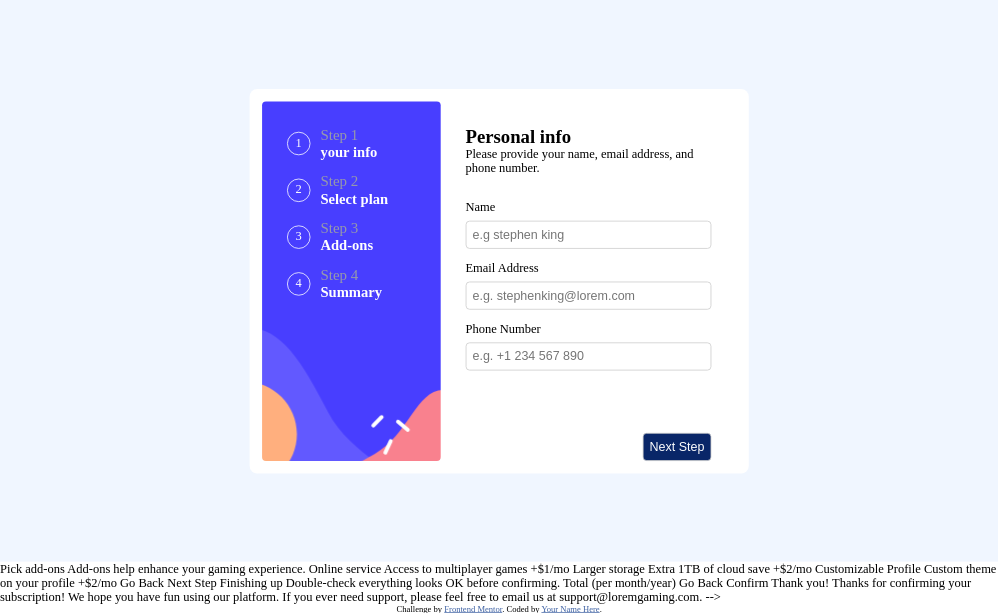
Repository: reemoon-ctrl/reemoon-ctrl.github.io
Page: index.html
An editor plug-in stored every save of this project. The page is shown before and after a run of saves, followed by the edit.
The browser window is 1280 px wide. The pictures show the whole page, at 78% of full size.

Above is the page before, as saved 2025-04-29 10:32:53.

### index.html
<!DOCTYPE html>
<html lang="en">

<head>
  <meta charset="UTF-8">
  <meta name="viewport" content="width=device-width, initial-scale=1.0">
  <!-- displays site properly based on user's device -->

  <link rel="icon" type="image/png" sizes="32x32" href="./assets/images/favicon-32x32.png">
  <link rel="stylesheet" href="./style.css">
  <title>Frontend Mentor | Multi-step form</title>

  <!-- Feel free to remove these styles or customise in your own stylesheet 👍 -->
  <style>
    .attribution {
      font-size: 11px;
      text-align: center;
    }

    .attribution a {
      color: hsl(219, 45%, 44%);
    }
  </style>
</head>

<body>
  <div class="containerCenter">
    <div class="container">
      <div class="sidebar">
        <ul class="sidebarList">
          <li class="sidebar_ele">
            <div>1</div>
            <div>
              <p>Step 1</p>
              <h3>your info</h3>
            </div>
          </li>
          <li class="sidebar_ele">
            <div>2</div>
            <div>
              <p> Step 2</p>
              <h3>Select plan</h3>
            </div>

          </li>
          <li class="sidebar_ele">
            <div>3</div>
            <div>
              <p>Step 3</p>
              <h3>Add-ons</h3>
            </div>
          </li>
          <li class="sidebar_ele">
            <div>4</div>
            <div>
              <p>Step 4</p>
              <h3>Summary</h3>
            </div>

          </li>
        </ul>
      </div>
      <div class="main">
        <div class="formHeader">
          <h2>Personal info</h2>
          <p>Please provide your name, email address, and phone number.
          </p>
        </div>
        <form class="formContainer">
          <div class="formLabelInput">
            <label for="name">Name</label>
            <input type="text" id="name" name="name" placeholder="e.g stephen king">
          </div>
          <div class="formLabelInput">
            <label for="email">Email Address</label>
            <input type="email" id="email" name="email" placeholder="e.g. stephenking@lorem.com">
          </div>
          <div class="formLabelInput">
            <label for="phone">Phone Number</label>
            <input type="tel" name="phone number" placeholder="e.g. +1 234 567 890">
          </div>
          <div id="nextStep">
            <!-- <label for="username">Username:</label> -->
            <button type="button" id="nextStepbtn" name="next step">Next Step</button>
          </div>
        </form>

        <!-- Step 1 end -->
      </div>

    </div>
  </div>


  <!-- Step 2 start -->
  <!--
  Select your plan
  You have the option of monthly or yearly billing.

  Arcade
  $9/mo

  Advanced
  $12/mo

  Pro
  $15/mo

  Monthly
  Yearly

  Go Back
  Next Step

  <!-- Step 2 end -->

  <!-- Step 3 start -->

  Pick add-ons
  Add-ons help enhance your gaming experience.

  Online service
  Access to multiplayer games
  +$1/mo

  Larger storage
  Extra 1TB of cloud save
  +$2/mo

  Customizable Profile
  Custom theme on your profile
  +$2/mo

  Go Back
  Next Step

  <!-- Step 3 end -->

  <!-- Step 4 start -->

  Finishing up
  Double-check everything looks OK before confirming.

  <!-- Dynamically add subscription and add-on selections here -->

  Total (per month/year)

  Go Back
  Confirm

  <!-- Step 4 end -->

  <!-- Step 5 start -->

  Thank you!

  Thanks for confirming your subscription! We hope you have fun
  using our platform. If you ever need support, please feel free
  to email us at support@loremgaming.com. -->

  <!-- Step 5 end -->

  <div class="attribution">
    Challenge by <a href="https://www.frontendmentor.io?ref=challenge" target="_blank">Frontend Mentor</a>.
    Coded by <a href="#">Your Name Here</a>.
  </div>
</body>

</html>

### style.css
*{
    padding: 0;
    margin: 0;
    box-sizing:border-box;
}
.container{
    background: #ffffff;
    display: grid;
    grid-template-columns: 1fr 3fr;
    padding: 1rem;
    width:50%;
    height:fit-content;
    align-items: center;
    justify-content: center;
    align-content: center;;
    justify-items:center ;
    z-index: 100;
    /* margin-top: 25%; */
    border-radius: 10px;

}
.containerCenter{
    height:100vh;
    display: flex;
    justify-content: center;
    align-items: center;
    align-content: center;
    background-color: #f0f6ff;
}
.main{
    padding: 2rem 2rem 0 2rem;
    display: grid;
}
.sidebar{
    border-radius: 5px;
    height:100% ;
    padding: 2rem;
    padding-right: 4.2rem;
    background:no-repeat url(./assets/images/bg-sidebar-desktop.svg) center ;
}
.sidebarList{
    list-style: none;
    display: flex;
    flex-direction: column;
    gap: 1rem;
    justify-content: space-between;
    /* height: 100%; */
}
.sidebar_ele{
    display: flex;
    /* align-content:stretch; */
    gap: .8rem;
    align-items: center;
    width:max-content;

    /* padding: 2rem; */
}
.sidebar_ele>div:first-child{
    width: 30px;
    height:30px;
    /* background-color: #adbeff; */
    border: 1px solid #ffffff;
    border-radius: 50%;
    text-align: center;
    padding: .3rem .5rem .3rem .5rem ;
    color:#fff;
}
.noactivestata{
    background-color: #bff2f6;
    color: #333;
}
.sidebar_ele>div:last-child>p{
    font-size: 1.2rem;
    color: #9699ab;
}
.sidebar_ele>div:last-child>h3{
     color:#fff;
}
.formContainer{
    display: grid;
    grid-template-columns:1fr ;
    gap:1rem ;
}
.formHeader{
    padding-bottom: 2rem;
}
.formLabelInput{
    display: flex;
    flex-direction: column;
    gap:.5rem;
}
#nextStep{
    display: flex;
    justify-content:flex-end;
    align-items: center;
    /* background-color: #bff2f6; */
    padding-top: 4rem;
}
#nextStepbtn{
    padding: .5rem;
    border-radius: 5px;
    border: 1px solid #ccc;
    background-color: #092668;
    color: #fff;
    font-size: 1rem;
    /* color: #333; */
    cursor: pointer;
}
.formLabelInput>input{
    padding: .5rem;
    border-radius: 5px;
    border: 1px solid #ccc;
    background-color: #fff;
    font-size: 1rem;
    color: #333;
}

After the next 3 saves:
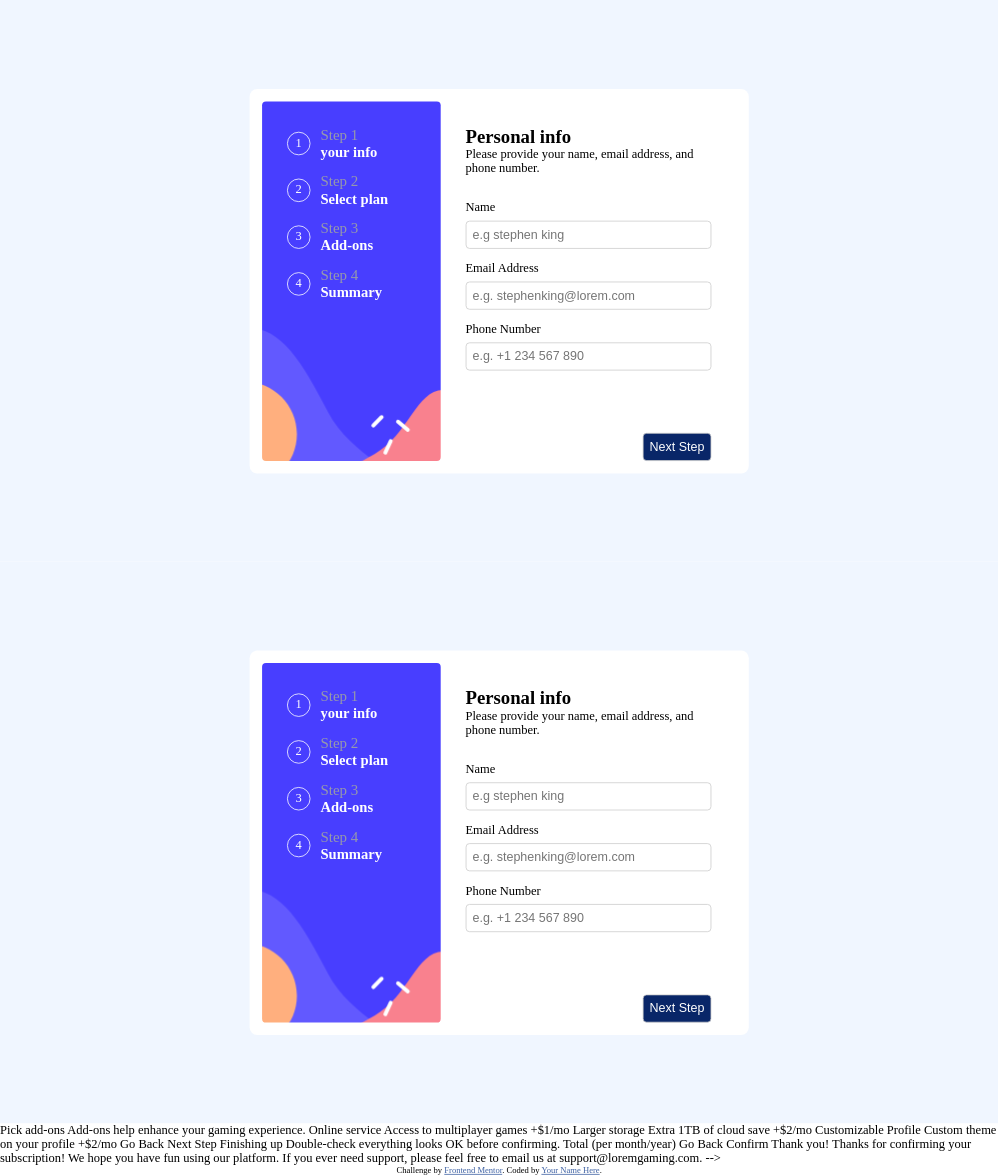
The 3 saves are shown as one change because they came seconds apart.
The last was saved 8 s later.
--- a/index.html
+++ b/index.html
@@ -93,6 +93,77 @@
 
 
   <!-- Step 2 start -->
+
+  <div class="containerCenter">
+    <div class="container">
+      <div class="sidebar">
+        <ul class="sidebarList">
+          <li class="sidebar_ele">
+            <div>1</div>
+            <div>
+              <p>Step 1</p>
+              <h3>your info</h3>
+            </div>
+          </li>
+          <li class="sidebar_ele">
+            <div>2</div>
+            <div>
+              <p> Step 2</p>
+              <h3>Select plan</h3>
+            </div>
+
+          </li>
+          <li class="sidebar_ele">
+            <div>3</div>
+            <div>
+              <p>Step 3</p>
+              <h3>Add-ons</h3>
+            </div>
+          </li>
+          <li class="sidebar_ele">
+            <div>4</div>
+            <div>
+              <p>Step 4</p>
+              <h3>Summary</h3>
+            </div>
+
+          </li>
+        </ul>
+      </div>
+      <div class="main">
+        <div class="formHeader">
+          <h2>Personal info</h2>
+          <p>Please provide your name, email address, and phone number.
+          </p>
+        </div>
+        <form class="formContainer">
+          <div class="formLabelInput">
+            <label for="name">Name</label>
+            <input type="text" id="name" name="name" placeholder="e.g stephen king">
+          </div>
+          <div class="formLabelInput">
+            <label for="email">Email Address</label>
+            <input type="email" id="email" name="email" placeholder="e.g. stephenking@lorem.com">
+          </div>
+          <div class="formLabelInput">
+            <label for="phone">Phone Number</label>
+            <input type="tel" name="phone number" placeholder="e.g. +1 234 567 890">
+          </div>
+          <div id="nextStep">
+            <!-- <label for="username">Username:</label> -->
+            <button type="button" id="nextStepbtn" name="next step">Next Step</button>
+          </div>
+        </form>
+
+        <!-- Step 1 end -->
+      </div>
+
+    </div>
+  </div>
+
+  <!-- Sidebar start -->
+
+
   <!--
   Select your plan
   You have the option of monthly or yearly billing.
